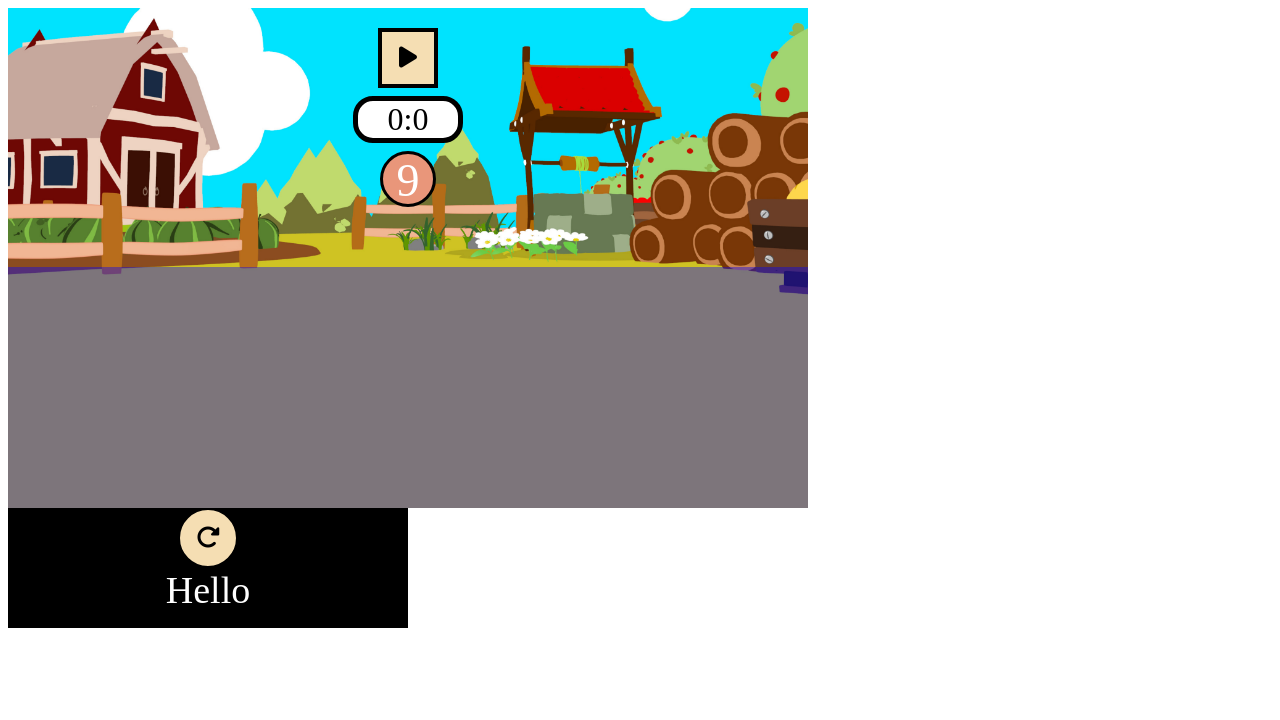
Repository: yoon-dh/JS_Prac
Page: carrot_game/index.html
An editor plug-in stored every save of this project. The page is shown before and after a run of saves, followed by the edit.
The browser window is 1280 px wide. The pictures show the whole page.
Some web libraries are served in a nearby version.

Above is the page before, as saved 2023-06-23 21:53:10.

After the next 2 saves:
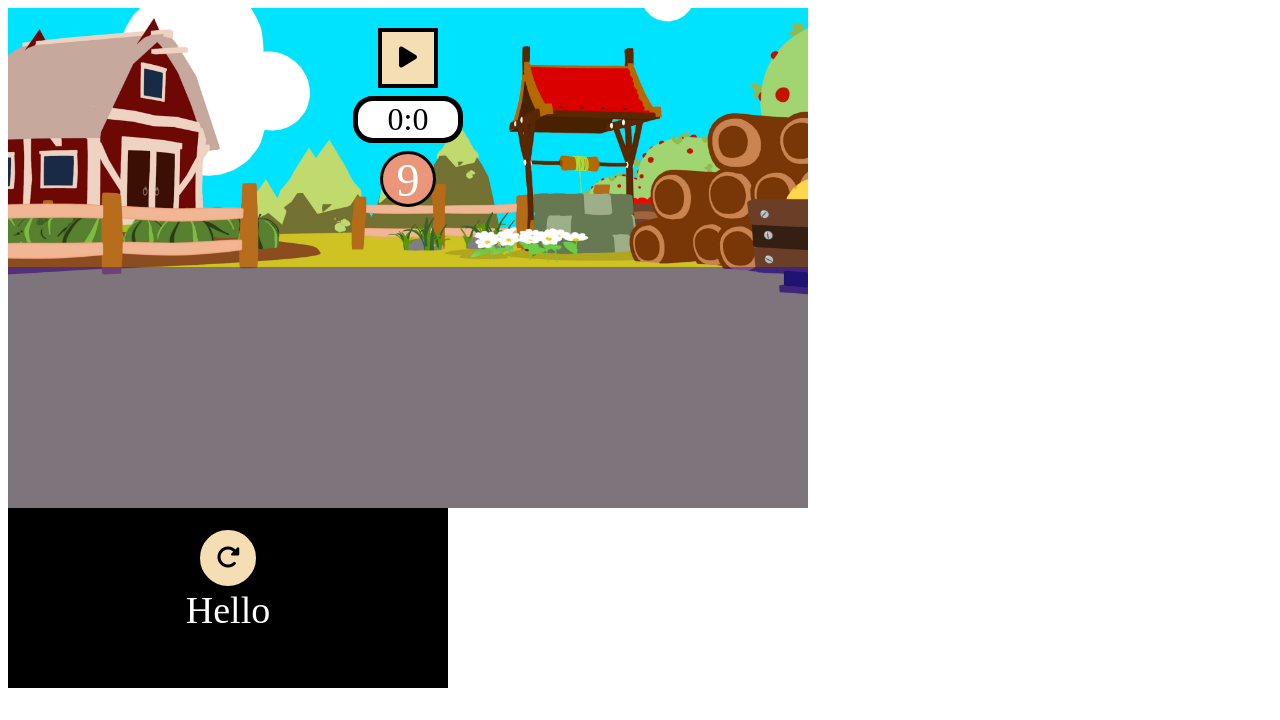
The 2 saves are shown as one change because they came seconds apart.
The last was saved 16 s later.
--- a/carrot_game/style.css
+++ b/carrot_game/style.css
@@ -66,7 +66,8 @@ button {
 
 .pop-up {
   width: 400px;
-  height: 120px;
+  height: 140px;
+  padding: 20px;
   background-color: black;
   color: white;
   text-align: center;
